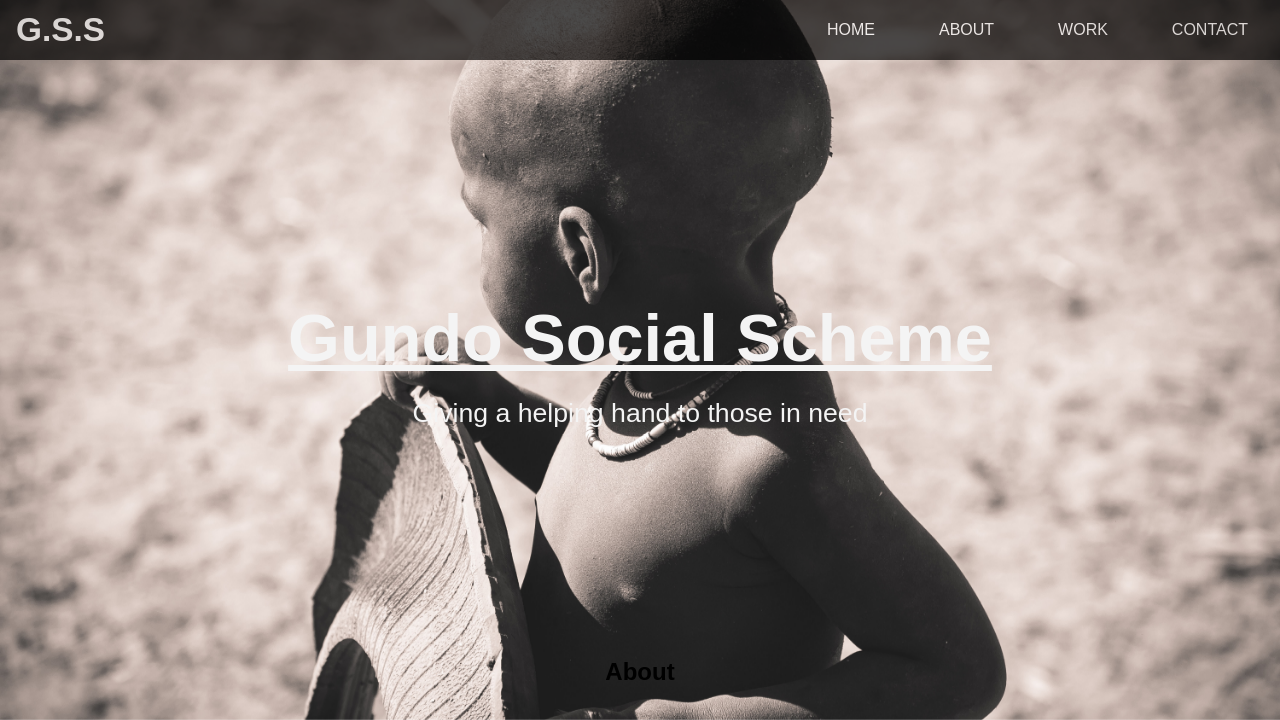
Repository: blessingNtoko/gss-basic_website
Page: index.html
An editor plug-in stored every save of this project. The page is shown before and after a run of saves, followed by the edit.
The browser window is 1280 px wide. The pictures show the whole page.
Pictures or frames that could not be fetched are drawn as grey boxes. An inner scrolling area shows only its first screen.

Above is the page before, as saved 2020-05-13 18:30:31.

### index.html
<!DOCTYPE html>
<html lang="en">

<head>
    <meta charset="UTF-8">
    <meta name="viewport" content="width=device-width, initial-scale=1.0">
    <title>Gundo Social Scheme</title>
    <link rel="stylesheet" href="style.css">
</head>

<body>
    <div class="allContain">
        <nav class="navbar">
            <h1><a href="#home">G.S.S</a></h1>
            <ul>
                <li>
                    <a href="#home">Home</a>
                </li>
                <li>
                    <a href="#about">About</a>
                </li>
                <li>
                    <a href="#work">Work</a>
                </li>
                <li>
                    <a href="#contact">Contact</a>
                </li>
            </ul>
        </nav>

        <section id="home">
            <div class="contain">
                <h1>Gundo Social Scheme</h1>
                <p>Giving a helping hand to those in need</p>
            </div>

        </section>

        <section id="about">
            <div class="container">
                <h1>About</h1>
                <div class="row">
                    <div class="col">
                        <img src="assets/images/temp1.jpg" alt="About image">
                    </div>
                    <div class="col">
                        <p class="about1">
                            Lorem ipsum dolor sit amet consectetur adipisicing elit. Dolore quia, nisi provident aperiam excepturi quas officiis, quam ipsa molestiae nostrum magni. Sed at maiores placeat rerum deserunt ea perspiciatis modi omnis inventore maxime sunt ratione quos
                            nihil quidem nam suscipit sint, mollitia et odit. Repellat tempore nemo mollitia, quasi dolorum optio vel voluptates hic sunt. Soluta ea voluptatibus provident quasi, consectetur incidunt quas quia. Tenetur tempora iure adipisci
                            voluptatum velit quia voluptatibus, soluta iste fugit sequi, repellendus placeat nostrum minus modi ipsum, corporis exercitationem doloribus voluptatem distinctio cumque mollitia debitis consequatur sit. Reprehenderit animi
                            natus, facilis voluptas fugiat excepturi illum.
                        </p>
                    </div>
                </div>
                <div class="row">
                    <div class="col">
                        <p class="about2">
                            Lorem ipsum dolor sit amet consectetur adipisicing elit. Consequatur eveniet, dignissimos est fugit harum provident nobis corrupti architecto ipsam culpa quibusdam quidem reprehenderit. Neque eum reprehenderit ut illo sed mollitia odit cupiditate vel
                            perspiciatis, provident ab non, earum error tenetur quia, at minus nemo adipisci quo? Velit atque aspernatur saepe quia quibusdam a ad laboriosam sit temporibus, sint neque rerum nemo nam assumenda ea omnis harum molestiae,
                            itaque rem? Animi incidunt assumenda aspernatur impedit corrupti saepe possimus aperiam neque dolor minus! Corporis odit nostrum sequi beatae enim voluptas, vitae reiciendis nulla fuga quod, tempore, non explicabo rerum praesentium
                            eligendi rem.
                        </p>
                    </div>
                    <div class="col">
                        <img src="assets/images/temp2.jpg" alt="About image">
                    </div>
                </div>
            </div>
        </section>

        <div class="fixedScroll fixedScroll1">
            <div class="fixedText">
                <span class="border trans">
                    Image Two text
                </span>
            </div>
        </div>

        <section id="work">
            <div class="container">
                <h1>Work</h1>
                <div class="row">
                    <div class="col">
                        <img src="assets/images/workImages/work1.jpeg" alt="">
                    </div>
                    <div class="col">
                        <img src="assets/images/workImages/work2.jpeg" alt="">

                    </div>
                    <div class="col">
                        <img src="assets/images/workImages/work3.jpeg" alt="">

                    </div>

                    <div class="col">
                        <img src="assets/images/workImages/work4.jpeg" alt="">

                    </div>
                    <div class="col">
                        <img src="assets/images/workImages/work5.jpeg" alt="">

                    </div>
                    <div class="col">
                        <img src="assets/images/workImages/work6.jpeg" alt="">

                    </div>
                    <div class="col">
                        <img src="assets/images/workImages/work7.jpeg" alt="">

                    </div>
                    <div class="col">
                        <img src="assets/images/workImages/work8.jpeg" alt="">

                    </div>
                    <div class="col">
                        <img src="assets/images/workImages/work9.jpeg" alt="">

                    </div>
                    <div class="col">
                        <img src="assets/images/workImages/work10.jpeg" alt="">

                    </div>
                </div>
            </div>
        </section>

        <div class="fixedScroll fixedScroll2">
            <div class="fixedText">
                <span class="border trans">
                    Image Two text
                </span>
            </div>
        </div>

        <section id="contact">
            <div class="container">
                <h1>Contact</h1>
                <div class="row">
                    <div class="col">
                        <img src="" alt="">
                    </div>
                    <div class="col">

                    </div>
                    <div class="col">

                    </div>
                </div>
            </div>
            <footer>

            </footer>
        </section>
    </div>

</body>

</html>

### style.css
* {
    margin: 0;
    padding: 0;
}

body {
    font-family: Arial, Helvetica, sans-serif;
    line-height: 1.6;
    height: 100vh;
    overflow: hidden;
}

.allContain {
    width: 100%;
    height: 100%;
    /* CSS smooth scroll properties */
    overflow-y: scroll;
    scroll-behavior: smooth;
    scroll-snap-type: y mandatory;
}

.navbar {
    position: fixed;
    top: 0;
    z-index: 1;
    display: flex;
    flex-direction: row;
    align-items: center;
    width: 100%;
    height: 60px;
    background: black;
    opacity: .7;
}

.navbar h1 {
    color: white;
    font-size: 25pt;
    margin-left: 1rem;
}

.navbar h1 a {
    text-decoration: none;
    text-transform: uppercase;
    color: #f4f4f4;
}

.navbar h1 a:hover {
    color: rgb(63, 63, 196);
}

.navbar ul {
    display: flex;
    list-style: none;
    width: 100%;
    /* text-align: right; */
    justify-content: flex-end;
}

.navbar ul li {
    margin: 0 1rem;
    padding: 1rem;
}

.navbar ul li a {
    text-decoration: none;
    text-transform: uppercase;
    color: #f4f4f4;
}

.navbar ul li a:hover {
    color: rgb(63, 63, 196);
}

section {
    display: flex;
    flex-direction: column;
    align-items: center;
    justify-content: center;
    text-align: center;
    width: 100%;
    height: 100vh;
    scroll-snap-align: center;
}

#home {
    background-image: url(assets/images/tempy4.jpg);
    background-position: center;
    background-repeat: no-repeat;
    background-size: cover;
    background-attachment: fixed;
    color: #f4f4f4;
}

#home h1 {
    font-size: 50pt;
    text-decoration: underline;
}

#home p {
    font-size: 20pt;
}

#about {
    margin-top: 3rem;
}

#about img {
    text-align: center;
    width: 35rem;
    height: 25rem;
}

#about .row {
    display: flex;
    flex-direction: row;
    align-items: center;
}

#about .col p {
    width: 50rem;
}

#about .col .about1 {
    border-left: 5px solid black;
    margin-left: 15rem;
}

#about .col .about2 {
    margin: 1rem auto;
    border-right: 5px solid black;
    border-bottom: 5px solid black;
    margin-right: 15rem;
}

.fixedScroll {
    position: relative;
    opacity: 0.7;
    background-position: center;
    background-size: cover;
    background-repeat: no-repeat;
    background-attachment: fixed;
}

.fixedScroll1 {
    background-image: url(assets/images/tempy5.jpg);
    min-height: 400px;
}

.fixedScroll2 {
    background-image: url(assets/images/tempy6.jpg);
    min-height: 400px;
}

#about .row {
    display: flex;
    flex-direction: row;
    justify-content: center;
    margin-top: 3rem;
}

#work .row {
    display: flex;
    flex-direction: row;
    flex-wrap: wrap;
    justify-content: space-evenly;
    align-items: center;
}

#work .row img {
    width: 20rem;
    height: 25rem;
    line-height: 1rem;
}

After the next 2 saves:
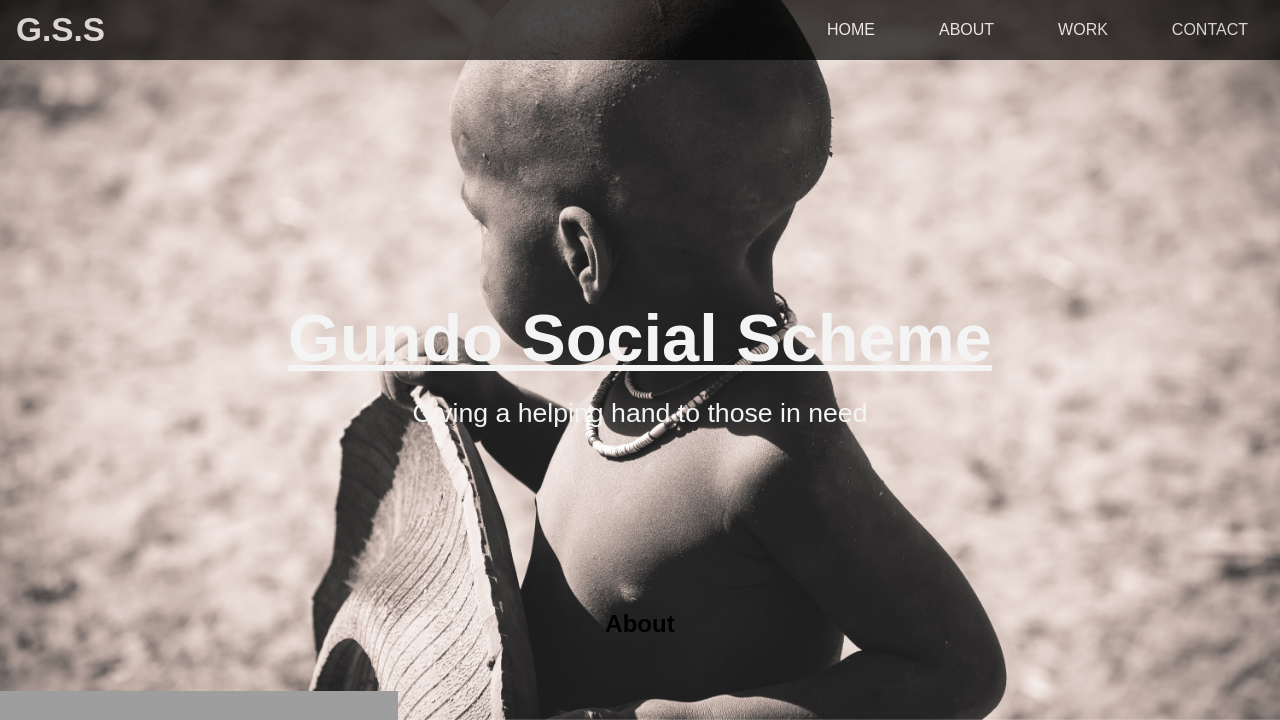
The 2 saves are shown as one change because they came seconds apart.
The last was saved 9 s later.
--- a/style.css
+++ b/style.css
@@ -126,7 +126,7 @@
 }
 
 #about .col .about2 {
-    margin: 1rem auto;
+    margin: 10rem auto;
     border-right: 5px solid black;
     border-bottom: 5px solid black;
     margin-right: 15rem;

After the save that followed:
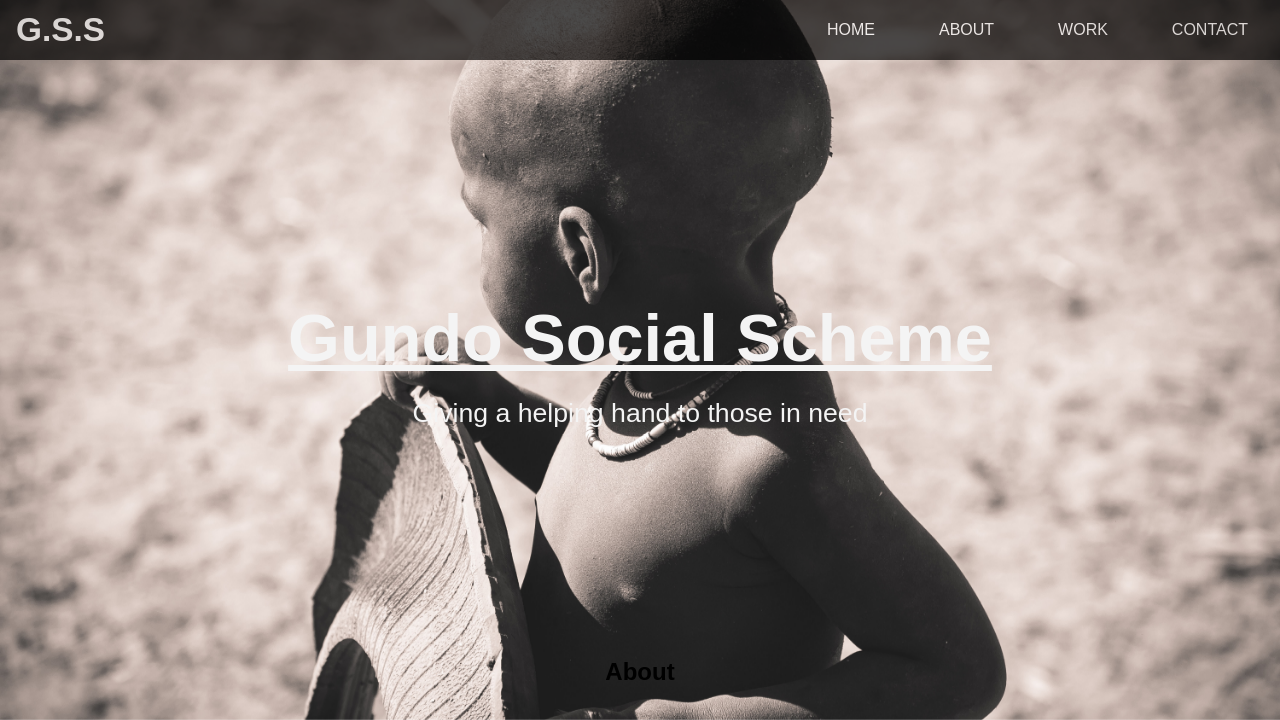
Saved 6 s later.
--- a/style.css
+++ b/style.css
@@ -126,7 +126,7 @@
 }
 
 #about .col .about2 {
-    margin: 10rem auto;
+    margin: 1rem auto;
     border-right: 5px solid black;
     border-bottom: 5px solid black;
     margin-right: 15rem;
